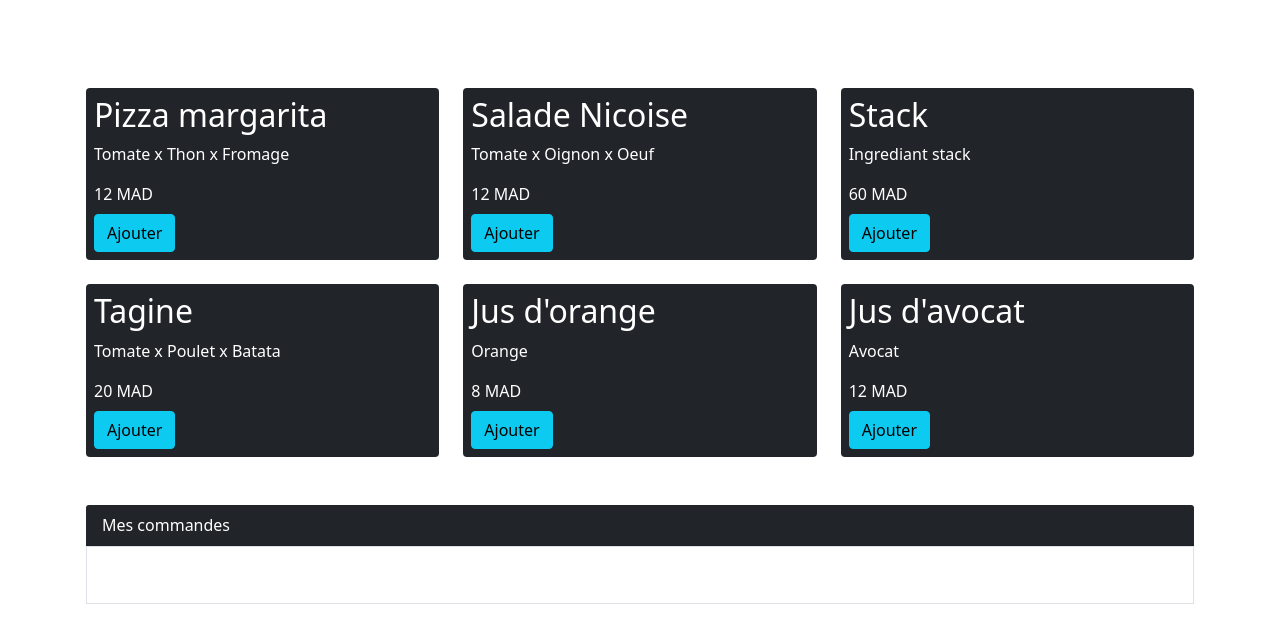
Repository: FS-23/my-restaurant
Page: /
An editor plug-in stored every save of this project. The page is shown before and after the next save, followed by the edit.
The browser window is 1280 px wide. The pictures show the whole page.
The project was rebuilt for these pictures with package versions that can differ from the ones it lists, and the page was loaded fresh each time.

Above is the page before, as saved 2022-04-29 14:15:39.

### public/index.html
<!DOCTYPE html>
<html lang="en">
  <head>
    <meta charset="utf-8" />
    <link rel="icon" href="%PUBLIC_URL%/favicon.ico" />
    <meta name="viewport" content="width=device-width, initial-scale=1" />
    <meta name="theme-color" content="#000000" />
    <meta
      name="description"
      content="Web site created using create-react-app"
    />
    <link rel="apple-touch-icon" href="%PUBLIC_URL%/logo192.png" />
    <!--
      manifest.json provides metadata used when your web app is installed on a
      user's mobile device or desktop. See https://developers.google.com/web/fundamentals/web-app-manifest/
    -->
    <link rel="manifest" href="%PUBLIC_URL%/manifest.json" />
    <!--
      Notice the use of %PUBLIC_URL% in the tags above.
      It will be replaced with the URL of the `public` folder during the build.
      Only files inside the `public` folder can be referenced from the HTML.

      Unlike "/favicon.ico" or "favicon.ico", "%PUBLIC_URL%/favicon.ico" will
      work correctly both with client-side routing and a non-root public URL.
      Learn how to configure a non-root public URL by running `npm run build`.
    -->
    <title>React App</title>
    <!-- CSS only -->
<link href="https://cdn.jsdelivr.net/npm/bootstrap@5.1.3/dist/css/bootstrap.min.css" rel="stylesheet">
  </head>
  <body>
    <noscript>You need to enable JavaScript to run this app.</noscript>
    <div id="root"></div>
    <!--
      This HTML file is a template.
      If you open it directly in the browser, you will see an empty page.

      You can add webfonts, meta tags, or analytics to this file.
      The build step will place the bundled scripts into the <body> tag.

      To begin the development, run `npm start` or `yarn start`.
      To create a production bundle, use `npm run build` or `yarn build`.
    -->
  </body>
</html>

### src/index.css
.plat-container:hover {
     top: -10px;

}

.plat-container {
  top: 0;
  transition: top 0.5s;
}


.app-gradient-container {
   background-image: linear-gradient(160deg , red , blue);
   opacity: 0.2;
}

### src/App.js
import Menu from './components/Menu'
function App() {
  return (
    <div className="">
       <div className='vw-100 vh-100 position-fixed text-white'>
           <div className='position-absolute d-none top-0 w-100 h-100 bg-dark app-gradient-container'>

           </div>
           <div className="mt-5 p-3 rounded container ">
              <Menu />
           </div>
       </div>
    </div>
  );
}

export default App;

### src/components/Menu.js
import { useState } from "react"
import Plat from "./Plat"
function Menu(){
    let [orders , setOrders] = useState([])

    function handleOnClick(id){
          console.log("Je suis le plat numero "+ id)
    }
    let menuList = [
          {id: 1 , name: "Pizza margarita" , price: 12 , ingredient: "Tomate x Thon x Fromage"},
          {id: 2 , name: "Salade Nicoise" , price: 12 , ingredient: "Tomate x Oignon x Oeuf"},
          {id: 3 , name: "Stack" , price: 60 , ingredient: "Ingrediant stack"},
          {id: 4 , name: "Tagine" , price: 20 , ingredient: "Tomate x Poulet x Batata"},
          {id: 5 , name: "Jus d'orange" , price: 8 , ingredient: "Orange"},
          {id: 6 , name: "Jus d'avocat" , price: 12 , ingredient: "Avocat"},
    ]


    return (
        <div className="row">
           {
               menuList.map((menu , index) =>   < Plat key={index} name= {menu.name} price={menu.price} ingredient={menu.ingredient} onChoose={handleOnClick} />)
           }
           <div className="card w-100 m-auto border-0 mt-5">
                 <div className="card-header bg-dark">Mes commandes</div>
                  <div className="card-body border">body</div>
           </div>
           <div className="bg-dark rounded mt-5">
                    {
                        orders.map((menu , index) =>   < Plat key={index} name= {menu.name} price={menu.price} ingredient={menu.ingredient} />)
                    }
           </div>

        </div>
    )
}

export default Menu

### src/components/Plat.js

function Plat (props){
    console.log('props.Onchoose', props.onChoose)
    return(
        <div className=" col-1 col-sm-2 col-lg-4 mt-4 position-relative plat-container" >
            <div className="bg-dark p-2 rounded">
                <h2>{props.name} </h2>
                <p> {props.ingredient}</p>
                <div>
                    {props.price} MAD
                </div>
                <button className="btn btn-info mt-2">Ajouter</button>
            </div>
       </div>


    )
}

export default Plat

Loaded but not shown: src/index.js (common file)

After the next save:
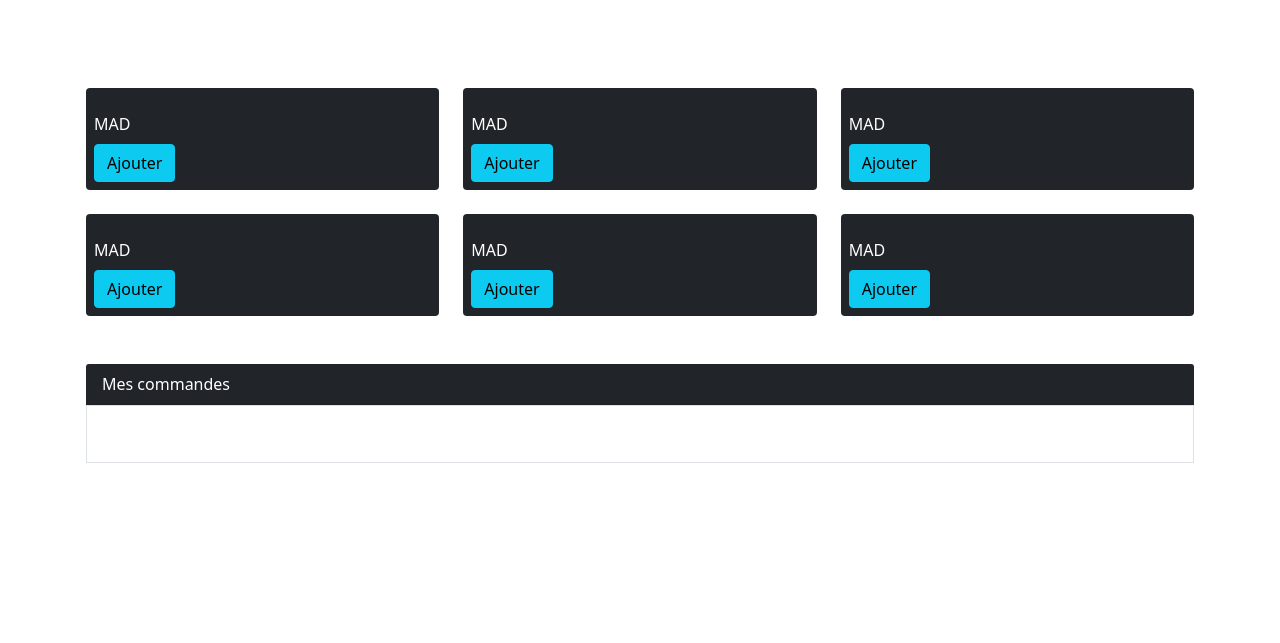
Saved 2 min 3 s later.
--- a/src/components/Menu.js
+++ b/src/components/Menu.js
@@ -19,7 +19,7 @@ function Menu(){
     return (
         <div className="row">
            {
-               menuList.map((menu , index) =>   < Plat key={index} name= {menu.name} price={menu.price} ingredient={menu.ingredient} onChoose={handleOnClick} />)
+               menuList.map((menu , index) =>   < Plat key={index} plat={menu} />)
            }
            <div className="card w-100 m-auto border-0 mt-5">
                  <div className="card-header bg-dark">Mes commandes</div>

After the save that followed:
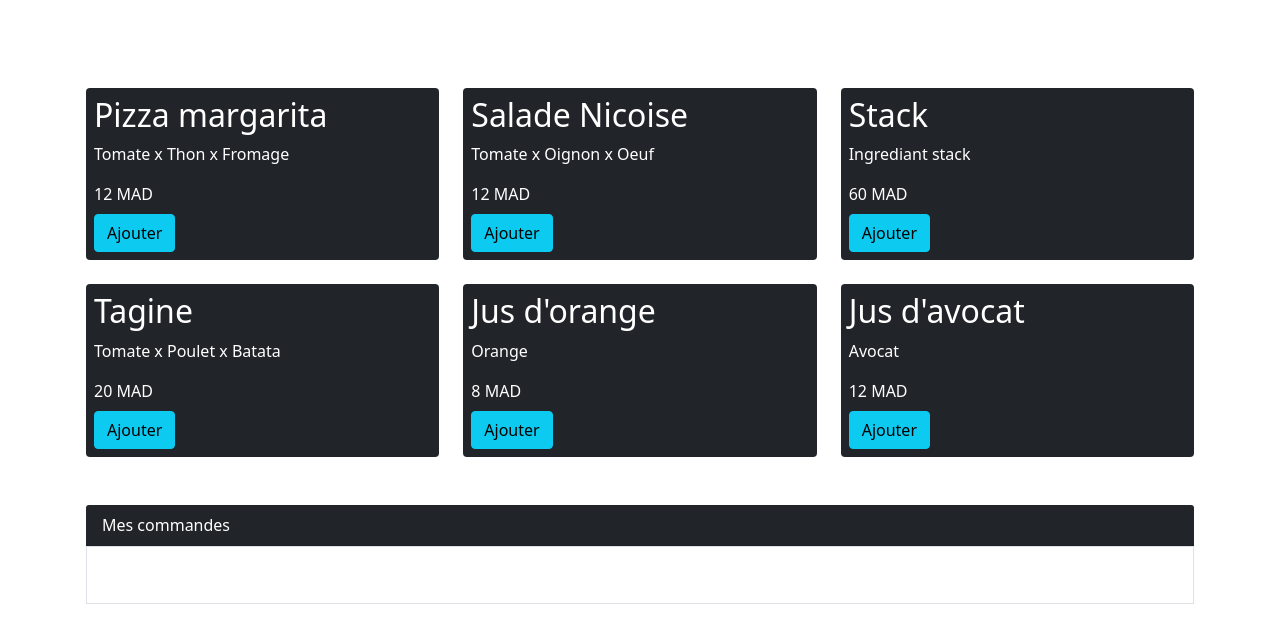
Saved 114 s later.
--- a/src/components/Plat.js
+++ b/src/components/Plat.js
@@ -1,15 +1,16 @@
 
 function Plat (props){
     console.log('props.Onchoose', props.onChoose)
+    let {plat} = props
     return(
         <div className=" col-1 col-sm-2 col-lg-4 mt-4 position-relative plat-container" >
             <div className="bg-dark p-2 rounded">
-                <h2>{props.name} </h2>
-                <p> {props.ingredient}</p>
+                <h2>{plat.name} </h2>
+                <p> {plat.ingredient}</p>
                 <div>
-                    {props.price} MAD
+                    {plat.price} MAD
                 </div>
-                <button className="btn btn-info mt-2">Ajouter</button>
+                <button className="btn btn-info mt-2" onClick={()=> {plat.onChoose(plat.id)}}>Ajouter</button>
             </div>
        </div>
 
